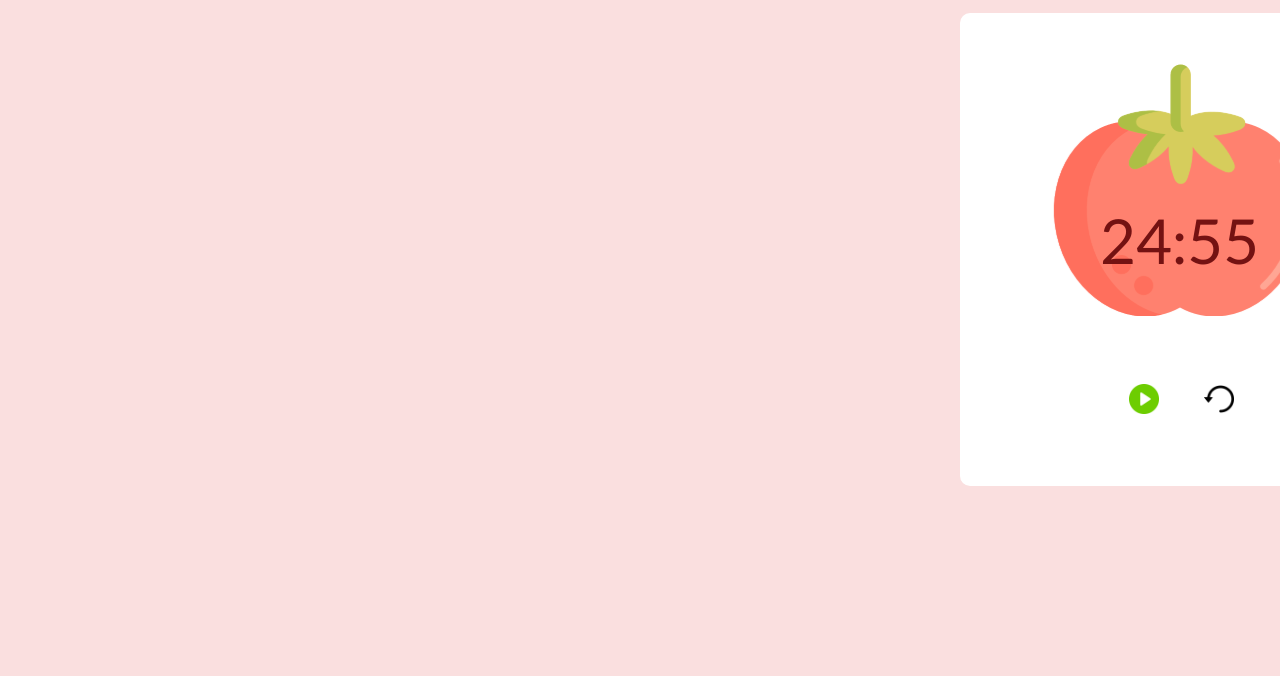
Repository: Dirlandia404/pomodoro
Page: /
These files come from the project's save history. The page is drawn as it stood at one moment and after the next save; the edit follows.
The browser window is 1280 px wide. The pictures show the whole page.
The project was rebuilt for these pictures with package versions that can differ from the ones it lists, and the page was loaded fresh each time.

Above is the page before, as saved 2021-11-26 08:11:41.

### public/index.html
<!DOCTYPE html>
<html lang="en">

<head>
  <meta charset="utf-8" />
  <link rel="icon" href="%PUBLIC_URL%/image 1.png" />
  <meta name="viewport" content="width=device-width, initial-scale=1" />
  <meta name="theme-color" content="#000000" />
  <meta name="description" content="Web site created using create-react-app" />
  <link rel="apple-touch-icon" href="%PUBLIC_URL%/logo192.png" />


  <link rel="preconnect" href="https://fonts.googleapis.com">
  <link rel="preconnect" href="https://fonts.gstatic.com" crossorigin>
  <link href="https://fonts.googleapis.com/css2?family=Lato&display=swap" rel="stylesheet">

  <link rel="manifest" href="%PUBLIC_URL%/manifest.json" />

  <title>Pomodoro Clock</title>
</head>

<body>
  <noscript>You need to enable JavaScript to run this app.</noscript>
  <div id="root"></div>

</body>

</html>

### src/index.jsx
import React from "react";
import ReactDOM from "react-dom";
import Clock from "./componentes/Primeiro";

function App() {
    return(
        <div className="App">
            <Clock />
        </div>
    );
}
ReactDOM.render(
    <App />,
    document.getElementById("root")
)

### src/componentes/Primeiro.jsx

import { useEffect, useState } from "react";
import "./componente.css";


function Clock(cronometro,display){
    const [minutes, setMinutes] = useState(25);
    const [seconds, setSeconds] = useState(0);


    const formatMinutes =  minutes < 10 ? "0" + minutes : minutes;
    const formatSeconds =  seconds < 10 ? "0" + seconds : seconds;

   useEffect(() =>{
       let interval = setInterval(() => {
        clearInterval(interval);
        if(seconds === 0){
            if(minutes !== 0){
                setSeconds(59);
                setMinutes(minutes - 1);
            } else{
                //let minutes = displayMessage ? 24 : 4;
                let seconds = 59;
                setSeconds(seconds);
                setMinutes(minutes);
            }
        }else{
            setSeconds(seconds - 1)
        }
     }, 1000);
   }, [seconds]);
   /*
    */


    return (
        <main>
            <form action="">
                <img src="/tomato.svg" alt="Tomate" />
                <p className="time">{formatMinutes}:{formatSeconds}</p>
                <div className="butoes">
                    <button className="play" >
                        <img src="./botao-play.png" alt="" />
                    </button>

                    <button className="reset" >
                        <img src="./seta-circular.png" alt="" />
                    </button>
                </div>
            </form>
        </main>
    );
}

export default Clock

### src/componentes/componente.css
*{
    margin: 0;
    border: 0;
    padding: 0;
}
body{
    background-color: rgba(233, 93, 93, 0.192);

    display: flex;

    text-align: center;
    align-items: center;
    justify-content: center;
}
main {
    background-color: white;
    min-width: 375px;
    max-width: 50%;

    margin-left: 25vw;
    margin-right: 25vw;

    justify-content: center;

    padding: 2rem;
    border-radius: 10px;

    margin-top: 1%;
    margin-bottom: 1%;
    position: fixed;
}

form{
    display: flex;
    flex-direction: column;
    margin-top: 5%;
    margin-bottom: 5%;

}

img{
    width: 80%;
    margin-left: 10%;
}
p.time {

    margin-top: -40%;
    padding: 10%;
    font-size: 62px;
    font-family:  'Lato', sans-serif;
    color: rgb(116, 18, 18);
}
div.butoes{
    align-items: center;
}
button{
    background: none;
    margin-top: 50px;
    padding: 5%;
    width: 20%;
}

After the next save:
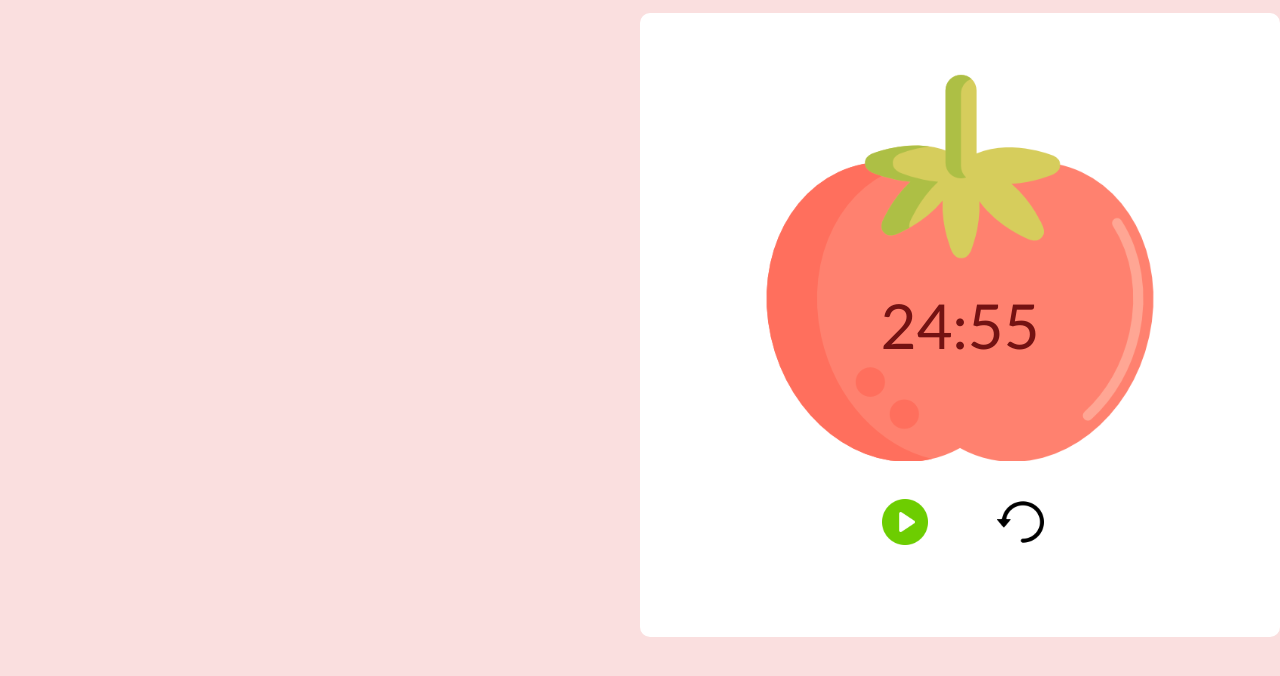
Saved 31 s later.
--- a/src/componentes/componente.css
+++ b/src/componentes/componente.css
@@ -17,8 +17,7 @@ main {
     min-width: 375px;
     max-width: 50%;
 
-    margin-left: 25vw;
-    margin-right: 25vw;
+
 
     justify-content: center;
 
